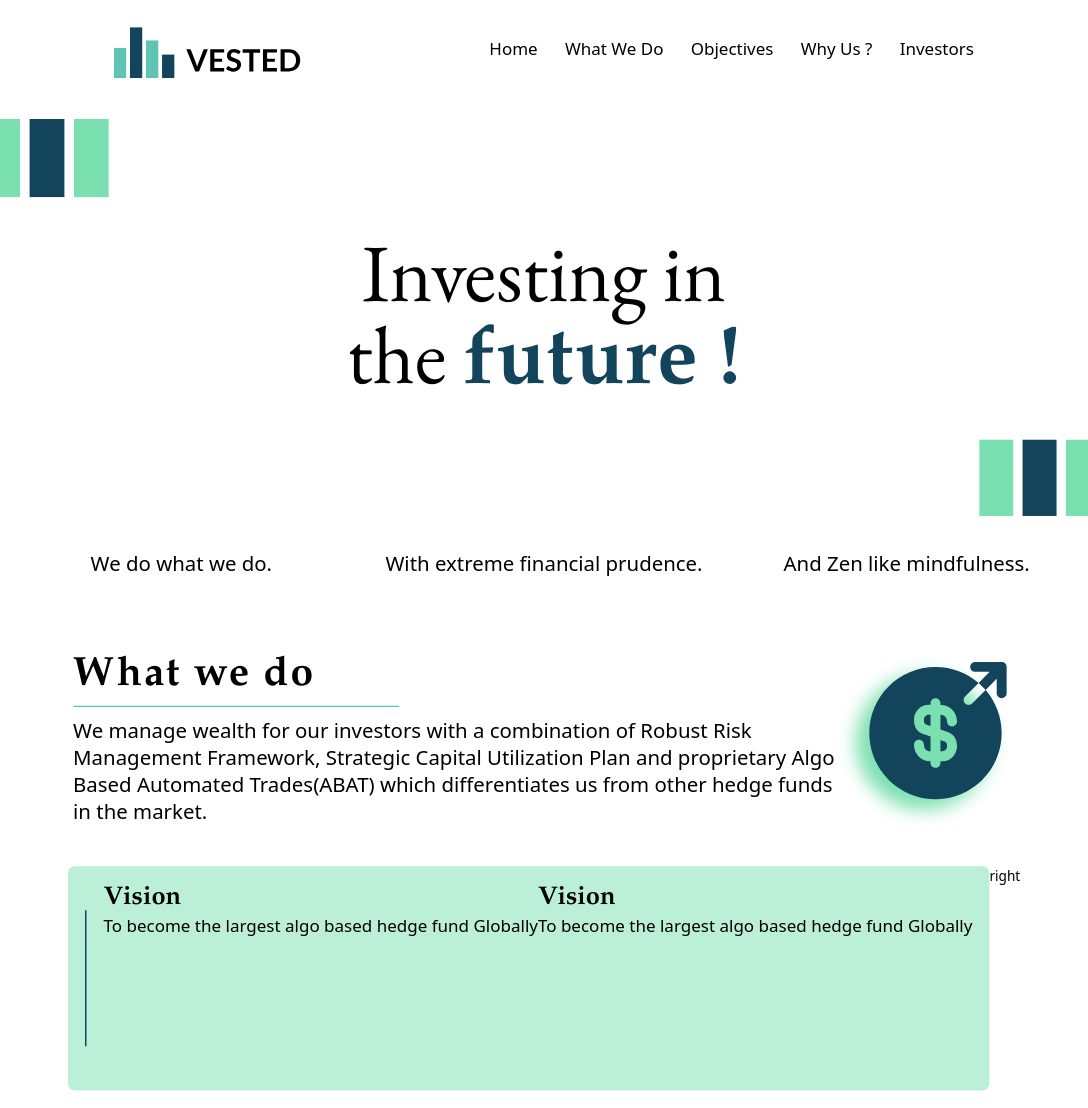
Repository: husainmamuwala/TippingPointsFinancial
Page: /
The author's editor kept a copy of each file at every save. The page is drawn from the files as they stood at one save, then again after a run of saves.
The browser window is 1280 px wide. The pictures show the whole page, at 85% of full size.
The project was rebuilt for these pictures with package versions that can differ from the ones it lists, and the page was loaded fresh each time. The framework's server and built-in components were replaced by stand-ins that run in the browser. Also part of the build but not shown: next.config.js.

Above is the page before, as saved 2022-10-15 18:58:19.

After the next 2 saves:
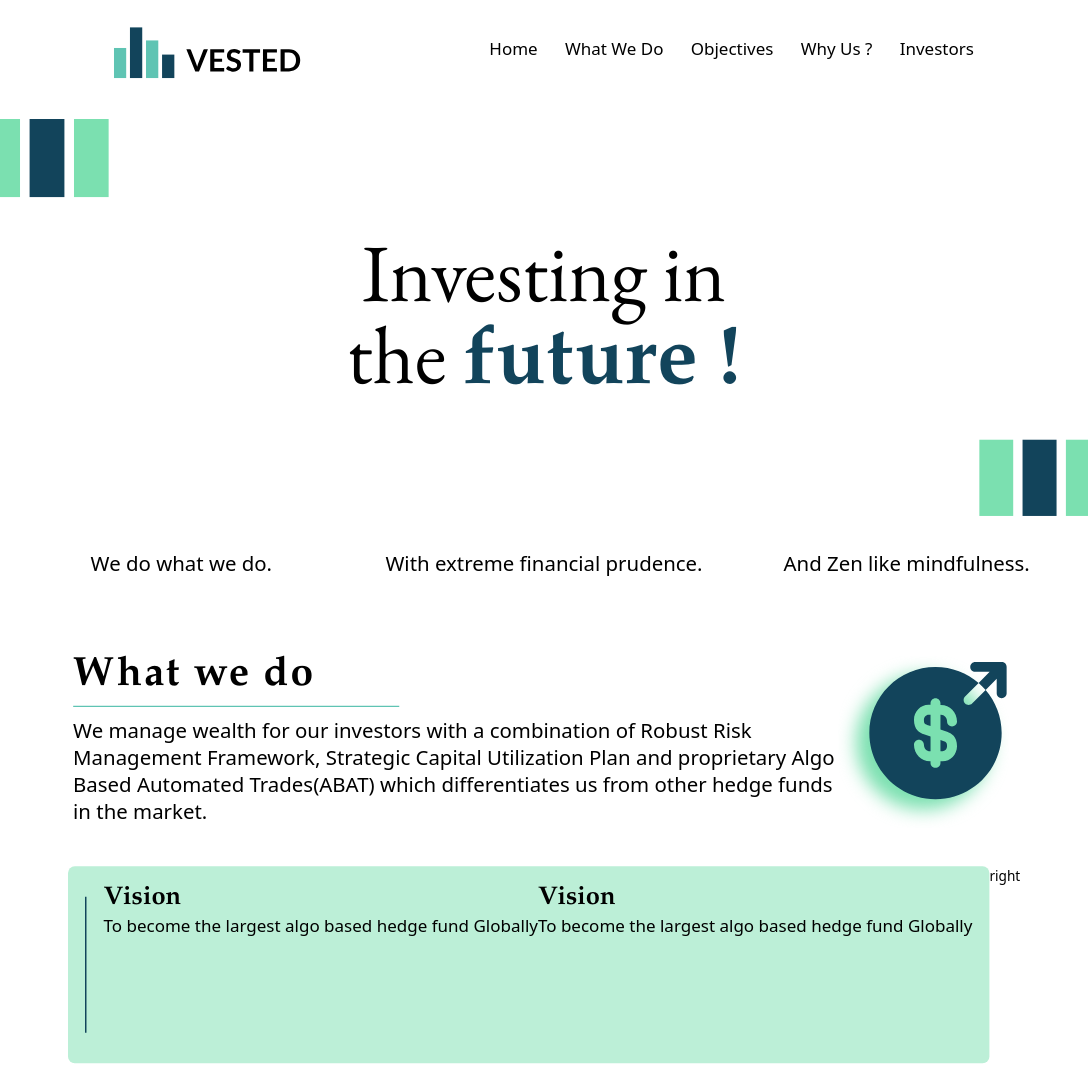
The 2 saves are shown as one change because they came seconds apart.
The last was saved 21 s later.
--- a/components/Objectives.jsx
+++ b/components/Objectives.jsx
@@ -9,7 +9,7 @@
     <div className='flex flex-col md:flex-row justify-center py-5 px-10 md:px-0'>
         <div>
           <div className='relative w-full bg-[#7BE0B0] bg-opacity-50 rounded-lg p-5 flex flex-row '>
-              <div className='pr-5 h-28 lg:h-56'>
+              <div className='pr-5 h-28 lg:h-48'>
                   <svg width="2" height="auto" viewBox="0 0 2 160" fill="none" xmlns="http://www.w3.org/2000/svg">
                   <line x1="1" y1="4.37114e-08" x2="0.999993" y2="160" stroke="#12445B" stroke-width="2"/>
                   </svg>
